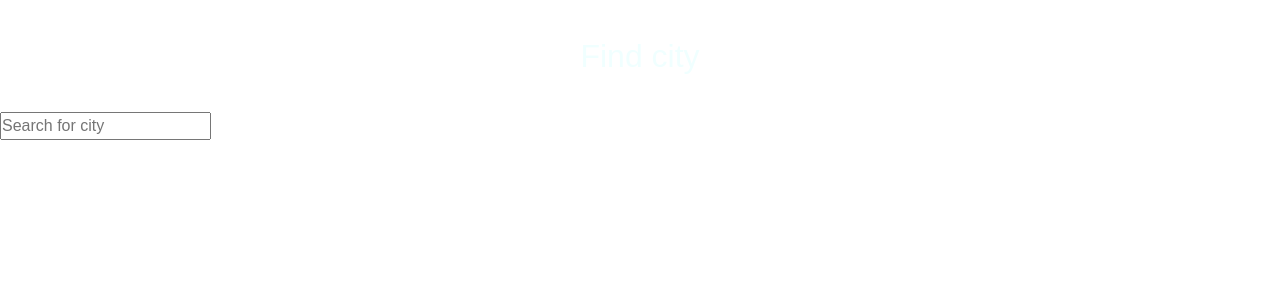
Repository: dung8466/Javascript30
Page: Pratice axios/index.html
An editor plug-in stored every save of this project. The page is shown before and after the next save, followed by the edit.
The browser window is 1280 px wide. The pictures show the whole page.

Above is the page before, as saved 2022-07-20 16:09:46.

### Pratice axios/index.html
<!DOCTYPE html>
<html lang="en">
<head>
    <meta charset="UTF-8">
    <meta http-equiv="X-UA-Compatible" content="IE=edge">
    <meta name="viewport" content="width=device-width, initial-scale=1.0">
    <title>Cities</title>
    <link rel="stylesheet" href="style.css">
</head>
<body>
    <header>
        Find city
    </header>

    <main id="container">
        <form action="" id="form">
            <input type="search" name="cityName" placeholder="Search for city" id="input">
            <ul id="citiesList">
            </ul>
        </form>
    </main>

    <script src="app.js"></script>
</body>
</html>

### Pratice axios/style.css
*{
    font-family: Arial, Helvetica, sans-serif;
    font-size: 16px;
    line-height: 1.5;
    padding: 0;
    margin: 0;
    box-sizing: border-box;
}

header{
    text-align: center;
    margin: 2rem;
    font-size: 2rem;
    color: azure;
}

Loaded but not shown: Pratice axios/app.js (no copy from this time; the picture is the same without it)

After the next save:
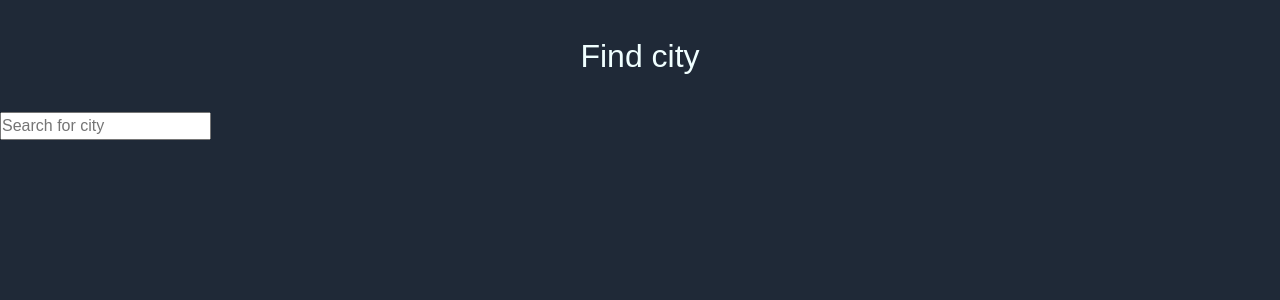
Saved 22 s later.
--- a/Pratice axios/style.css
+++ b/Pratice axios/style.css
@@ -7,6 +7,10 @@
     box-sizing: border-box;
 }
 
+body{
+    background-color: #1f2937;
+}
+
 header{
     text-align: center;
     margin: 2rem;
